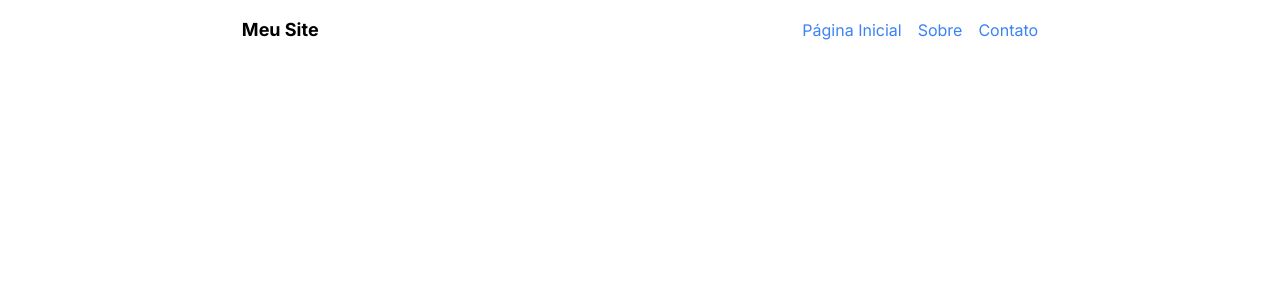
Repository: Deyvid-Kasteh/kasteh_portfolio
Page: /
These files come from the project's save history. The page is drawn as it stood at one moment and after the next save; the edit follows.
The browser window is 1280 px wide. The pictures show the whole page.
The project was rebuilt for these pictures with package versions that can differ from the ones it lists, and the page was loaded fresh each time. The framework's server and built-in components were replaced by stand-ins that run in the browser. Also part of the build but not shown: next.config.mjs.

Above is the page before, as saved 2024-03-24 02:05:13.

After the next save:
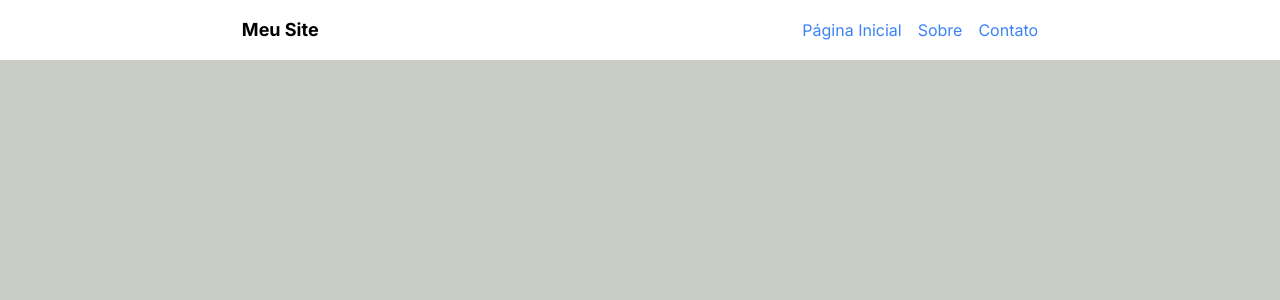
Saved 30 s later.
--- a/src/app/layout.tsx
+++ b/src/app/layout.tsx
@@ -16,7 +16,7 @@ export default function RootLayout({
 }>) {
   return (
     <html lang="pt-br">
-      <body className={`bg-customGray ${inter.className}`}>{children}</body>
+      <body className={`bg-customGrayBG ${inter.className}`}>{children}</body>
     </html>
   );
 }
